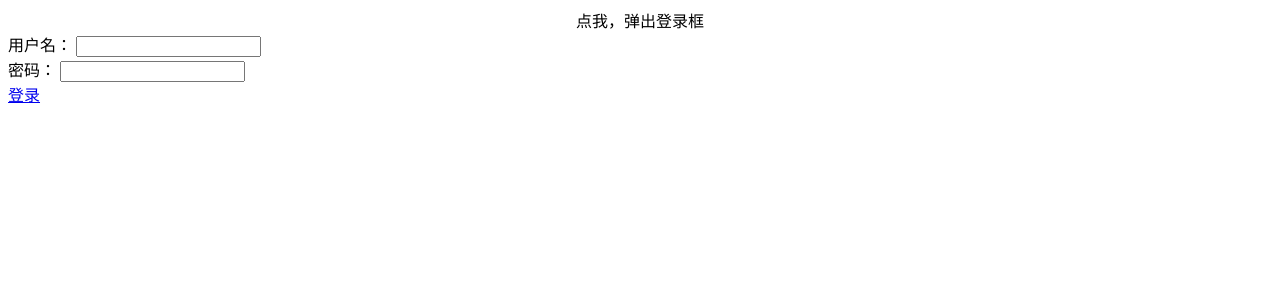
Repository: szl156/class
Page: review/javascript/test/test.html
An editor plug-in stored every save of this project. The page is shown before and after the next save, followed by the edit.
The browser window is 1280 px wide. The pictures show the whole page.

Above is the page before, as saved 2022-07-25 16:26:30.

### review/javascript/test/test.html
<!DOCTYPE html>
<html lang="en">

<head>
    <meta charset="UTF-8">
    <meta http-equiv="X-UA-Compatible" content="IE=edge">
    <meta name="viewport" content="width=device-width, initial-scale=1.0">
    <title>拟态框实现</title>
    <style>
        .login-header {
            text-align: center;
        }

        #link {
            text-decoration: none;
            color: black;
        }

        .login-input-content {
            position: absolute;
            bord
        }
    </style>
</head>

<body>
    <div class="login-header">
        <a href="javascript:;" id="link">点我，弹出登录框</a>
    </div>
    <div class="login" id="login">
        <div class="login-input-content">
            <div class="login-input">
                <label for="uname">用户名：</label>
                <input type="text" id="uname" name="uname">
            </div>
            <div class="login-input">
                <label for="">密码：</label>
                <input type="password" name="psw" id="psw">
            </div>
            <div id="loginBtn" class="login-button"><a href="javascript:;">登录</a></div>
        </div>
    </div>
    <div class="login-bg" id="bg"></div>
    <script>
    </script>
</body>

</html>

After the next save:
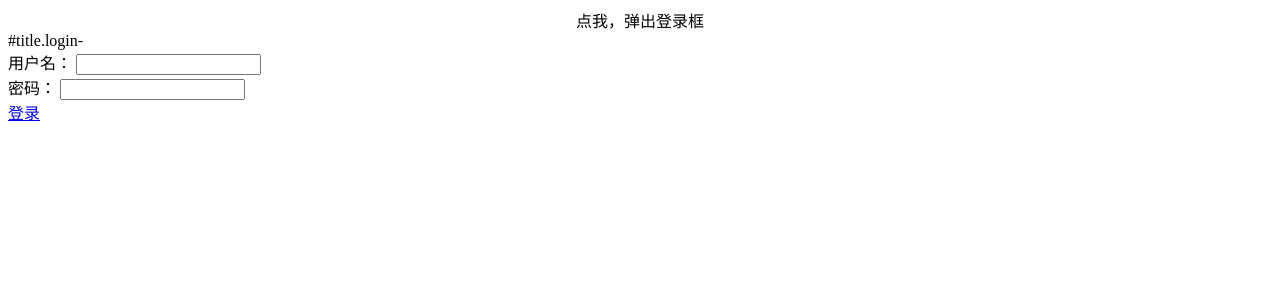
Saved 14 s later.
--- a/review/javascript/test/test.html
+++ b/review/javascript/test/test.html
@@ -28,6 +28,7 @@
         <a href="javascript:;" id="link">点我，弹出登录框</a>
     </div>
     <div class="login" id="login">
+        #title.login-
         <div class="login-input-content">
             <div class="login-input">
                 <label for="uname">用户名：</label>
